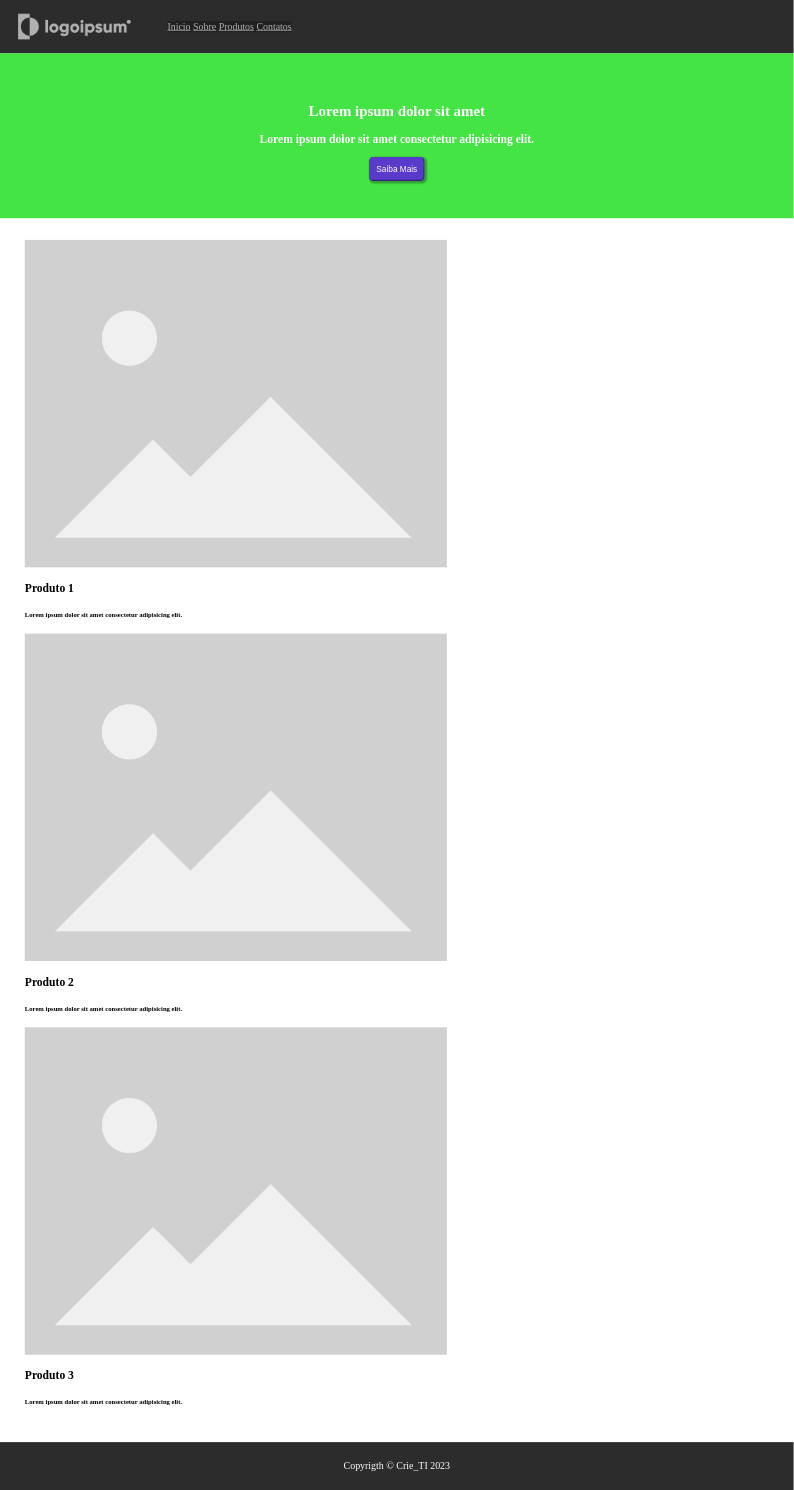
Repository: robsonwssantos/Projeto_Olaria
Page: Exercicios/ex.01/index.html
An editor plug-in stored every save of this project. The page is shown before and after the next save, followed by the edit.
The browser window is 1280 px wide. The pictures show the whole page, at 62% of full size.

Above is the page before, as saved 2023-04-21 11:19:57.

After the next save:
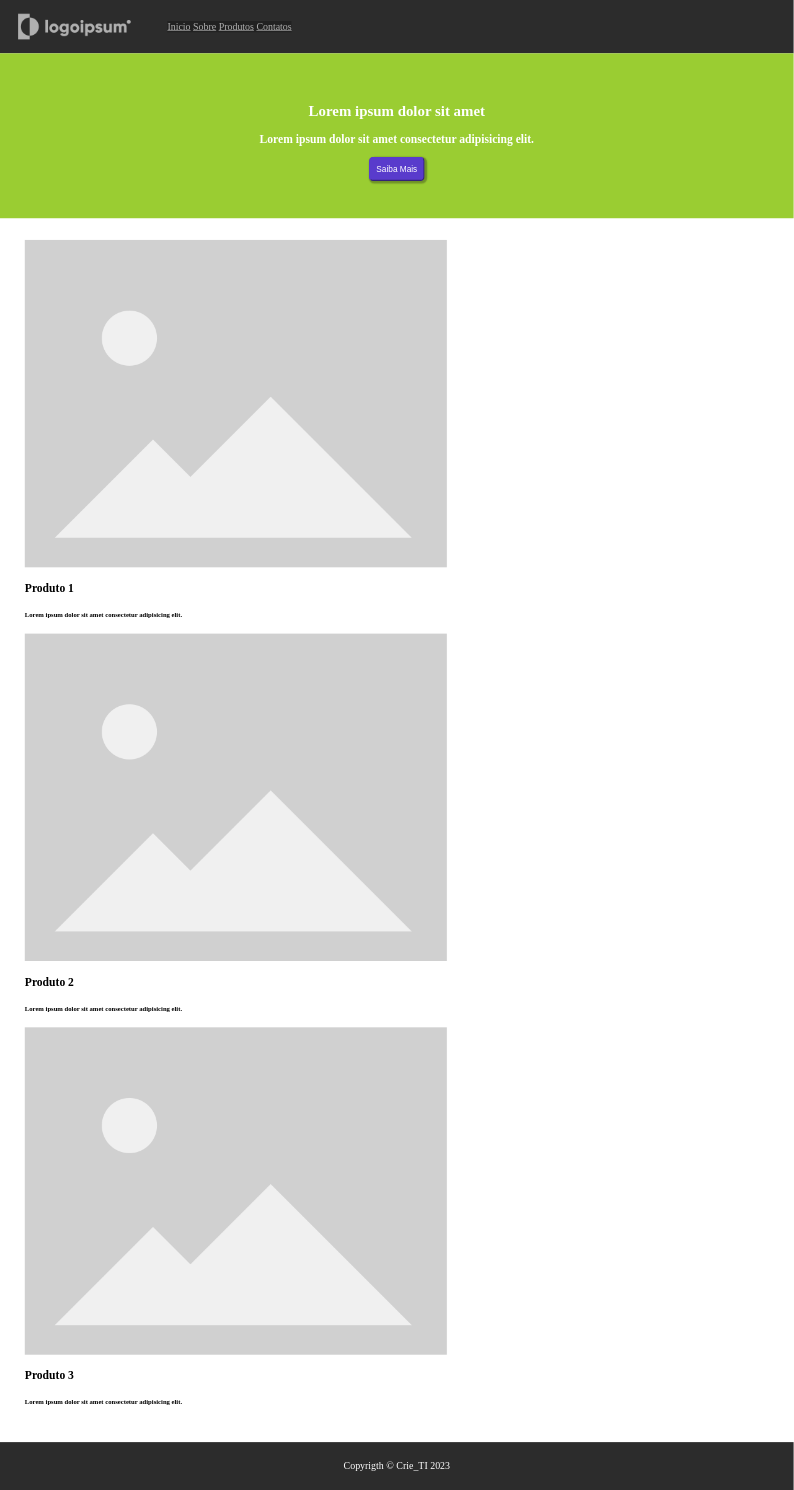
Saved 61 s later.
--- a/Exercicios/ex.01/index.html
+++ b/Exercicios/ex.01/index.html
@@ -19,7 +19,7 @@
         .lorem {
 
             color: #fff;
-            background-color: rgb(68, 228, 68);
+            background-color: #9ACD32;
             text-align: center;
             padding: 60px 60px 60px 60px;
         }
